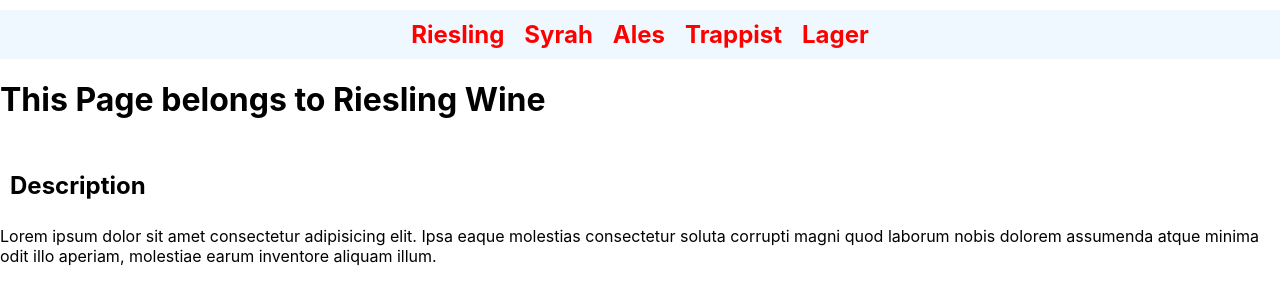
Repository: portretrieve/react-practice
Page: /
The author's editor kept a copy of each file at every save. The page is drawn from the files as they stood at one save, then again after the next save.
The browser window is 1280 px wide. The pictures show the whole page.
The project was rebuilt for these pictures with package versions that can differ from the ones it lists, and the page was loaded fresh each time. Also part of the build but not shown: src/wines/Syrah.js, src/beers/Ale.js, src/beers/Lager.js, src/beers/Trappist.js.

Above is the page before, as saved 2021-08-26 19:08:51.

### src/App.js
import { BrowserRouter, Route, Switch } from "react-router-dom";

import Riesling from "./wines/Riesling";
import Syrah from "./wines/Syrah";
import Ale from "./beers/Ale";
import Lager from "./beers/Lager";
import Trappist from "./beers/Trappist";

import Header from "./navigation/Header";

function App() {
  return (
    <BrowserRouter>
      <Header />

      <Route path="/" exact>
        <Riesling />
      </Route>
      <Route path="/syrah">
        <Syrah />
      </Route>
      <Route path="/ale">
        <Ale />
      </Route>
      <Route path="/trappist">
        <Trappist />
      </Route>
      <Route path="/lager">
        <Lager />
      </Route>
    </BrowserRouter>
  );
}

export default App;

### src/wines/Riesling.js
import React from "react";

function Riesling() {
  return (
    <div>
      <h1>This Page belongs to Riesling Wine</h1>
      <br />
      <h2>Description</h2>
      <p>
        Lorem ipsum dolor sit amet consectetur adipisicing elit. Ipsa eaque
        molestias consectetur soluta corrupti magni quod laborum nobis dolorem
        assumenda atque minima odit illo aperiam, molestiae earum inventore
        aliquam illum.
      </p>
    </div>
  );
}

export default Riesling;

### src/navigation/Header.js
import React from "react";
import classes from "./header.module.css";

function Header() {
  return (
    <header className={`${classes.background} ${classes.center}`}>
      <nav>
        <h2>Riesling</h2>
        <h2>Syrah</h2>
        <h2>Ales</h2>
        <h2>Trappist</h2>
        <h2>Lager</h2>
      </nav>
    </header>
  );
}

export default Header;

### src/navigation/header.module.css
.center {
    margin: 10px auto;
    text-align: center;
}

.background {
    background-color: aliceblue;
    color: red;
}

h2 {
    display: inline-block;
    margin: 10px;
}

Loaded but not shown: public/index.html (common file); src/index.js (common file); src/index.css (common file)

After the next save:
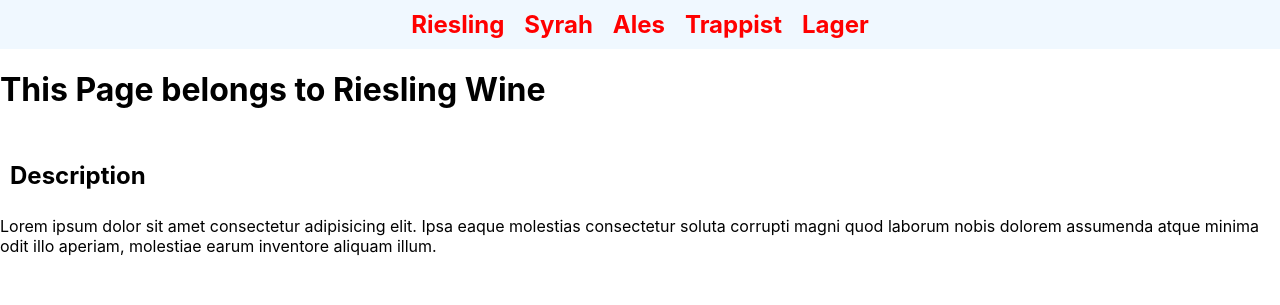
Saved 11 s later.
--- a/src/navigation/header.module.css
+++ b/src/navigation/header.module.css
@@ -1,5 +1,5 @@
 .center {
-    margin: 10px auto;
+    margin: auto;
     text-align: center;
 }
 
